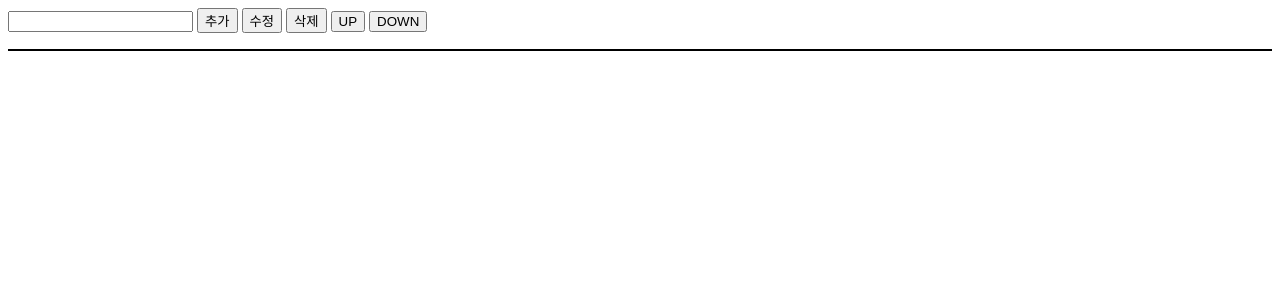
Repository: swc0516s/EZEN-JS
Page: JavaScript Workspace Lecture/JavaScript_jQuery_03/WebContent/Problem01/sil_prob02.html
These files come from the project's save history. The page is drawn as it stood at one moment and after the next save; the edit follows.
The browser window is 1280 px wide. The pictures show the whole page.

Above is the page before, as saved 2022-03-22 08:34:58.
Console error: SyntaxError: Unexpected token '}'

After the next save:
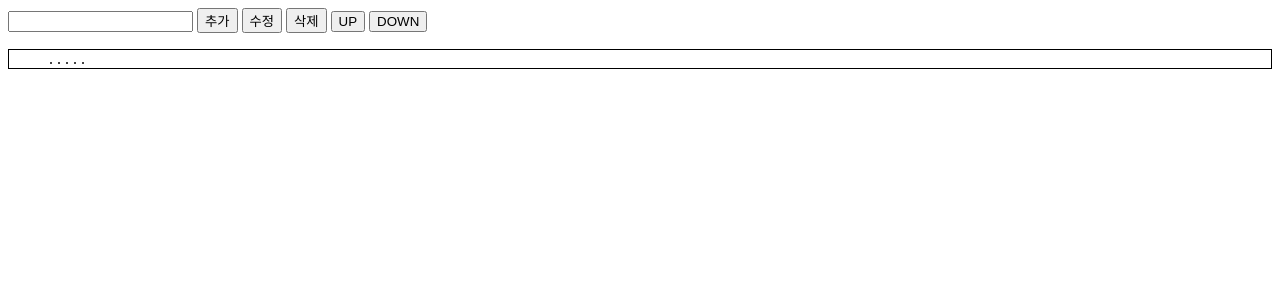
Saved 71 s later.
--- a/JavaScript Workspace Lecture/JavaScript_jQuery_03/WebContent/Problem01/sil_prob02.html
+++ b/JavaScript Workspace Lecture/JavaScript_jQuery_03/WebContent/Problem01/sil_prob02.html
@@ -113,7 +113,11 @@
 		<button id="down">DOWN</button>
 	</div>
 	<ul class="menu">
-
+.
+.
+.
+.
+.
 
 
 	</ul>

After the save that followed:
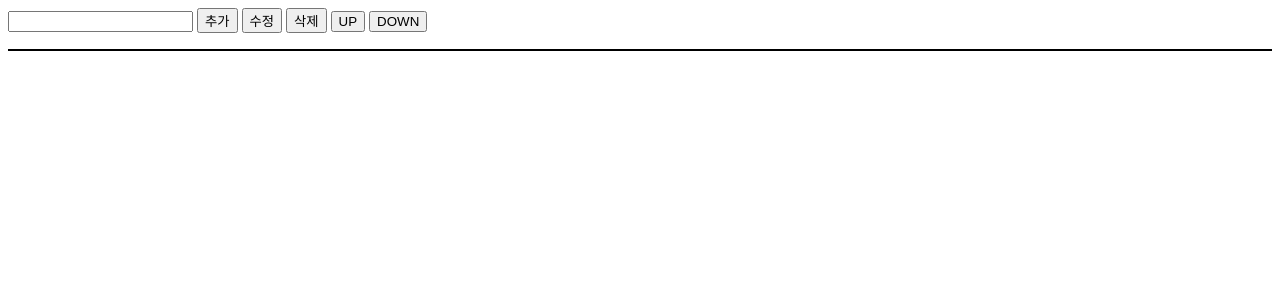
Saved 13 s later.
--- a/JavaScript Workspace Lecture/JavaScript_jQuery_03/WebContent/Problem01/sil_prob02.html
+++ b/JavaScript Workspace Lecture/JavaScript_jQuery_03/WebContent/Problem01/sil_prob02.html
@@ -113,12 +113,6 @@
 		<button id="down">DOWN</button>
 	</div>
 	<ul class="menu">
-.
-.
-.
-.
-.
-
 
 	</ul>
 
